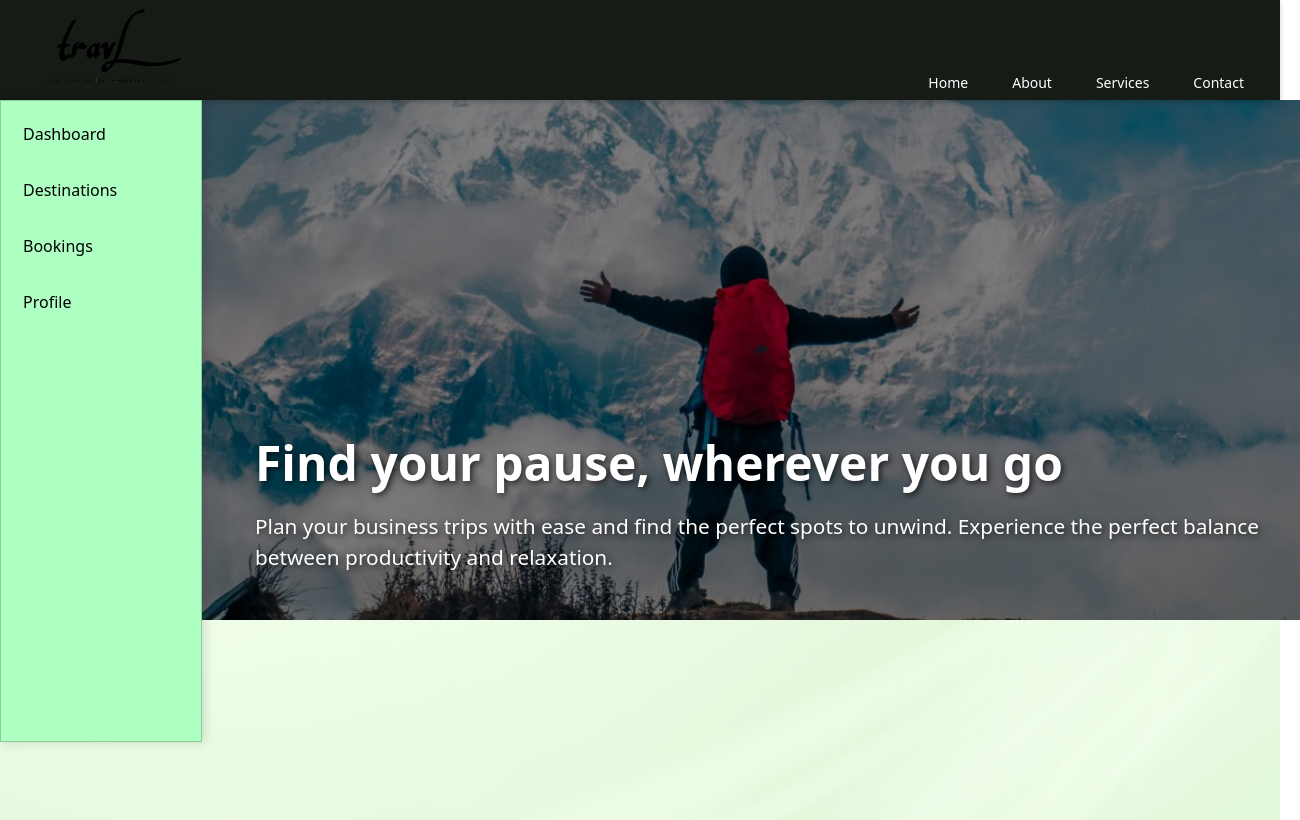
Repository: Nakib-Arman/Javafest25---travL
Page: / (app in Frontend/)
An editor plug-in stored every save of this project. The page is shown before and after a run of saves, followed by the edit.
The browser window is 1280 px wide. The page is 1300 px wide, so the pictures cover 1300 px, including what lies to the right of the window. The pictures show the whole page.
Pictures or frames that could not be fetched are drawn as grey boxes. The project was rebuilt for these pictures with package versions that can differ from the ones it lists, and the page was loaded fresh each time. Also part of the build but not shown: Frontend/vite.config.js.

Above is the page before, as saved 2025-08-13 08:57:49.

### Frontend/src/App.jsx
import { useState } from 'react'

import Home from './Components/Home'

function App() {
  const [count, setCount] = useState(0)

  return (
    <div>
      <Home/>
    </div>
  )
}

export default App

### Frontend/src/Components/Home.jsx
import React, { useState, useEffect } from 'react';
import '../CSS/Home.css';
import Topbar from './Topbar';
import Sidebar from './Sidebar';

import img1 from '../assets/travel1.jpg';
import img2 from '../assets/travel2.jpg';
import img3 from '../assets/travel3.jpg';
import logo from '../assets/Logo1.png';  // adjust the path as needed


export default function Home() {
  const images = [img1, img2, img3];
  const [currentIndex, setCurrentIndex] = useState(0);

  useEffect(() => {
    const timer = setInterval(() => {
      setCurrentIndex((prev) => (prev + 1) % images.length);
    }, 8000);
    return () => clearInterval(timer);
  }, [images.length]);

  return (
    <div className="home-container">
      <Topbar />
      <Sidebar />

      <div className="slideshow-container">
        <div
          className="slide-track"
          style={{ transform: `translateX(-${currentIndex * 100}%)` }}
        >
          {images.map((src, idx) => (
            <img key={idx} src={src} alt={`Slide ${idx}`} className="slide-image" />
          ))}
        </div>

        <div className="overlay-text">
          <h1>Find your pause, wherever you go</h1>
          <p>Plan your business trips with ease and find the perfect spots to unwind.
          Experience the perfect balance between productivity and relaxation.</p>
        </div>
      </div>
    </div>
  );
}

### Frontend/src/CSS/Home.css
.home-container {
    margin: 0;
    padding: 0;

    height: 100vh;
    width: 100vw;

    background-image: url('../assets/background2.jpg');
    background-position: center;
    background-repeat: no-repeat;
    background-size: cover;

    position: relative;
    color: black;
}


.home-container::before {
    content: '';
    position: absolute;
    top: 0;
    left: 0;
    right: 0;
    bottom: 0;
    background: rgba(241, 255, 238, 0.9);
    z-index: 1;
    pointer-events: none;
}



/* Slideshow adjusted to leave space for navbars */
.slideshow-container {
    position: relative;
    margin-top: 100px;
    /* space for topbar */
    margin-left: 200px;
    /* space for sidebar */
    width: calc(100% - 180px);
    height: calc(100% - 200px);
    /* 60% of viewport height */
    overflow: hidden;
    background-color: black;
    /* fallback */
    z-index: 2;
}

.slide-track {
    display: flex;
    transition: transform 0.8s ease-in-out;
    height: 100%;
}

.slide-image {
    min-width: 100%;
    height: 100%;
    object-fit: cover;
    opacity: 0.5;
}

/* Text overlay on slideshow */
.overlay-text {
    position: absolute;
    bottom: 5%;
    left: 5%;
    transform: none;
    text-align: left;
    color: white;
    text-shadow: 2px 2px 6px rgba(0, 0, 0, 0.7);
    z-index: 2;
}

.overlay-text h1 {
    font-size: 3rem;
    margin-bottom: 10px;
}

.overlay-text p {
    font-size: 1.3rem;
}

### Frontend/src/Components/Topbar.jsx
// src/components/Topbar.js
import React from 'react';
import '../CSS/Topbar.css';

export default function Topbar() {
  return (
    <nav className="topbar">
      <a className="logo-link" href="/"></a>

      <div className="nav-buttons">
        <button>Home</button>
        <button>About</button>
        <button>Services</button>
        <button>Contact</button>
      </div>
    </nav>
  );
}

### Frontend/src/Components/Sidebar.jsx
// src/components/Sidebar.js
import React from 'react';
import '../CSS/Sidebar.css';

export default function Sidebar() {
  return (
    <div className="sidebar">
      <button>Dashboard</button>
      <button>Destinations</button>
      <button>Bookings</button>
      <button>Profile</button>
    </div>
  );
}

### Frontend/src/CSS/Topbar.css
.topbar {
    position: fixed;
    top: 0;
    left: 0;
    right: 0;
    height: 100px;
    background-color: #161b16;
    display: flex;
    justify-content: space-between;
    align-items: flex-end;
    padding: 0 20px;
    box-shadow: 0 2px 5px rgba(0,0,0,0.2);
    z-index: 1000;
  }

  /* Logo */
  .logo-link {
    display: inline-block;
    height: 100px;   /* make bigger if needed */
    width: 180px;
    background-image: url('../assets/Logo1.png');
    background-size: contain;
    background-repeat: no-repeat;
    background-position: center;
  }

  /* Navigation buttons container */
  .nav-buttons {
    display: flex;
    gap: 12px;
  }

  /* Button styling */
  .nav-buttons button {
    background-color: transparent;
    color: white;
    border: none;
    padding: 8px 16px;
    border-radius: 6px;
    font-size: 14px;
    font-weight: 500;
    cursor: pointer;
    transition: background-color 0.3s ease;
  }

  .nav-buttons button:hover {
    background-color: white;
    color: black;
  }

### Frontend/src/CSS/Sidebar.css
.sidebar {
  position: fixed;
  top: 100px; /* below topbar height */
  left: 0;
  width: 180px;
  height: calc(100vh - 100px);
  background-color: #aeffc2;
  display: flex;
  flex-direction: column;
  padding: 10px;
  gap: 10px;
  z-index: 1000;

  /* Border + shadow */
  border: 1px solid rgba(0, 0, 0, 0.2);
  box-shadow: 2px 0 10px rgba(0, 0, 0, 0.15);
}


  .sidebar button {
    background-color: transparent;
    color: black;
    border: none;
    padding: 12px;
    text-align: left;
    border-radius: 4px;
    cursor: pointer;
    transition: background-color 0.3s ease;
  }

  .sidebar button:hover {
    background-color: #666;
  }

Loaded but not shown: Frontend/index.html (common file); Frontend/src/main.jsx (common file); Frontend/src/index.css (common file)

After the next 3 saves:
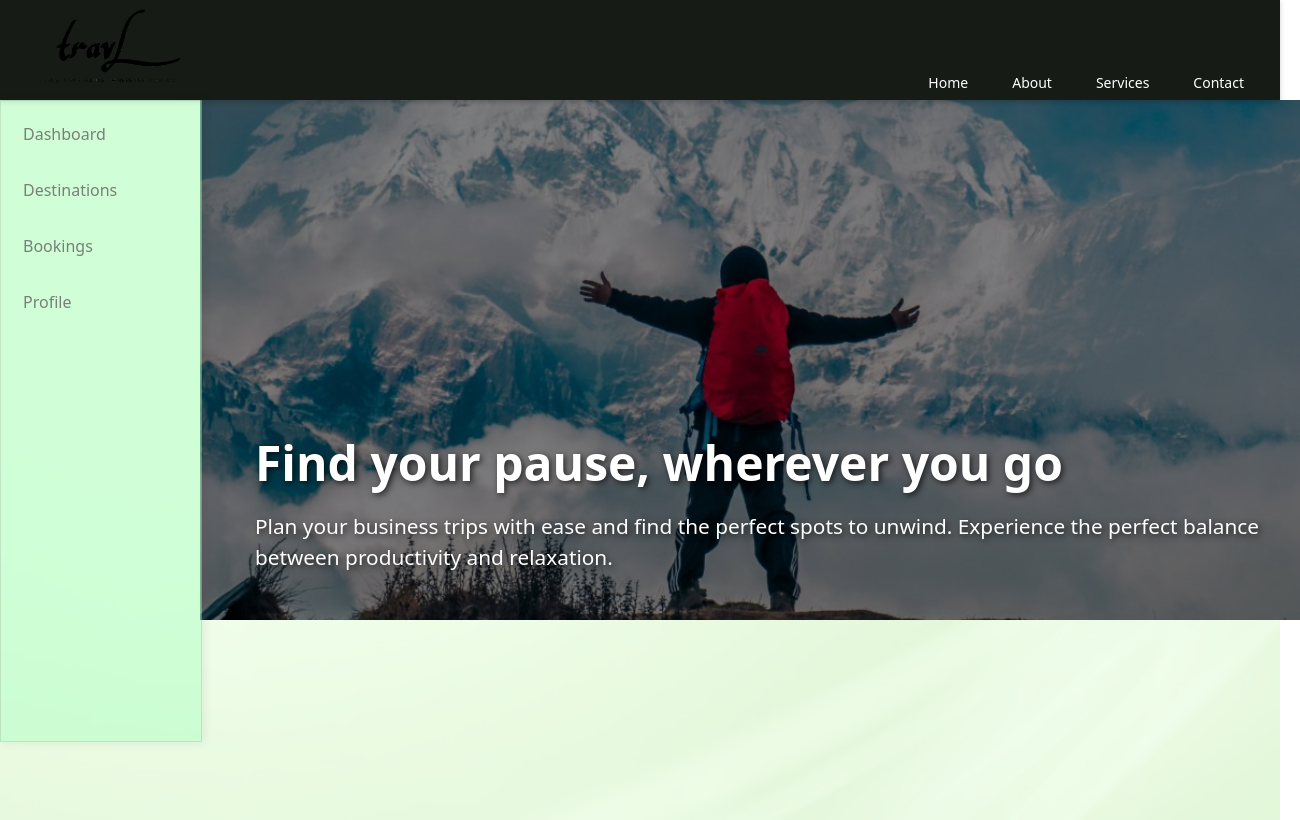
The 3 saves are shown as one change because they came seconds apart.
The last was saved 17 s later.
--- a/Frontend/src/CSS/Sidebar.css
+++ b/Frontend/src/CSS/Sidebar.css
@@ -5,6 +5,7 @@
   width: 180px;
   height: calc(100vh - 100px);
   background-color: #aeffc2;
+  opacity: 0.5;
   display: flex;
   flex-direction: column;
   padding: 10px;
